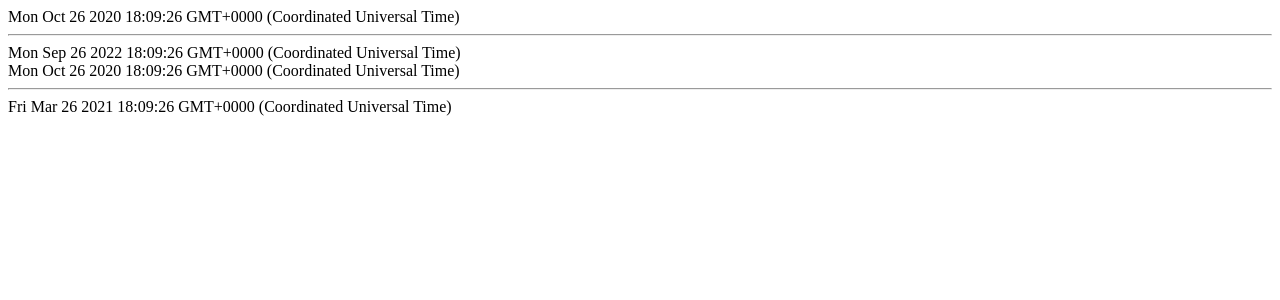
Repository: TeoNogueira/Aulas-Udemy-DevFull-Stack-Por-Jamilton-Damasceno-e-Jorge-Sant-Ana-
Page: public_project/JavaScript/function_native_datas.html
These files come from the project's save history. The page is drawn as it stood at one moment and after the next save; the edit follows.
The browser window is 1280 px wide. The pictures show the whole page.

Above is the page before, as saved 2020-10-26 19:30:34.

After the next save:
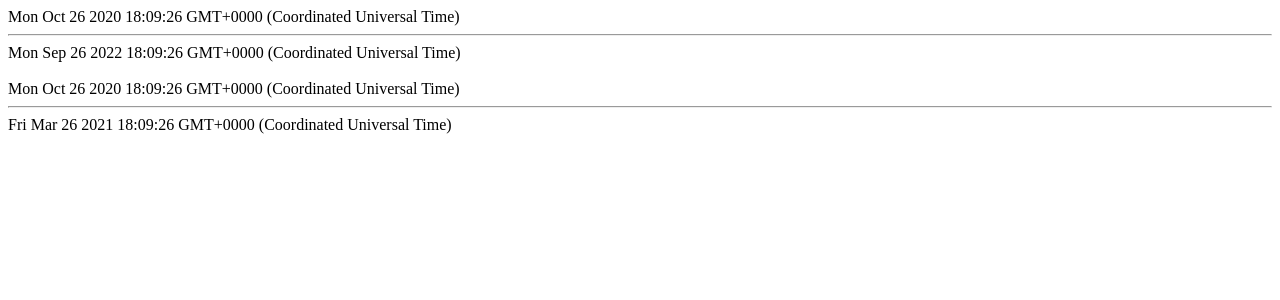
Saved 17 s later.
--- a/public_project/JavaScript/function_native_datas.html
+++ b/public_project/JavaScript/function_native_datas.html
@@ -28,7 +28,7 @@ document.write('<hr />')
 
 document.write(data.toString())
 
-document.write('<br />')
+document.write('<br />' + '<br />')
 // --------------x-----------x-------------x----------------------------------------------------------------
 
 
